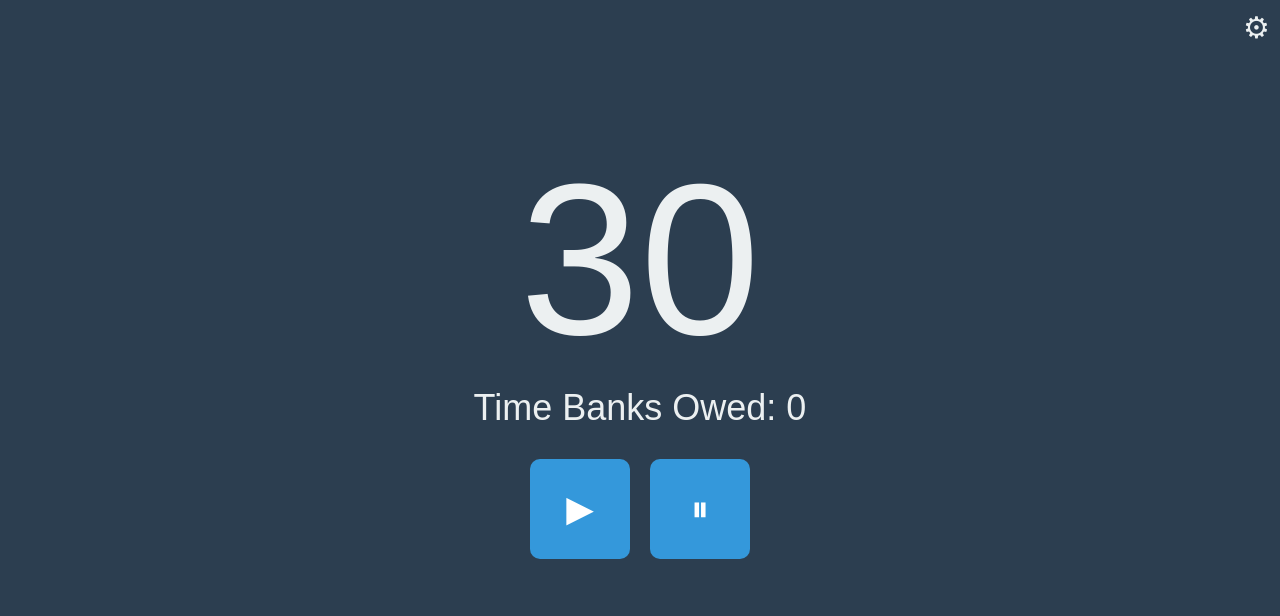
Repository: STnaidoo/poker-shot-clock
Page: index.html
An editor plug-in stored every save of this project. The page is shown before and after the next save, followed by the edit.
The browser window is 1280 px wide. The pictures show the whole page.

Above is the page before, as saved 2024-10-31 15:57:06.

After the next save:
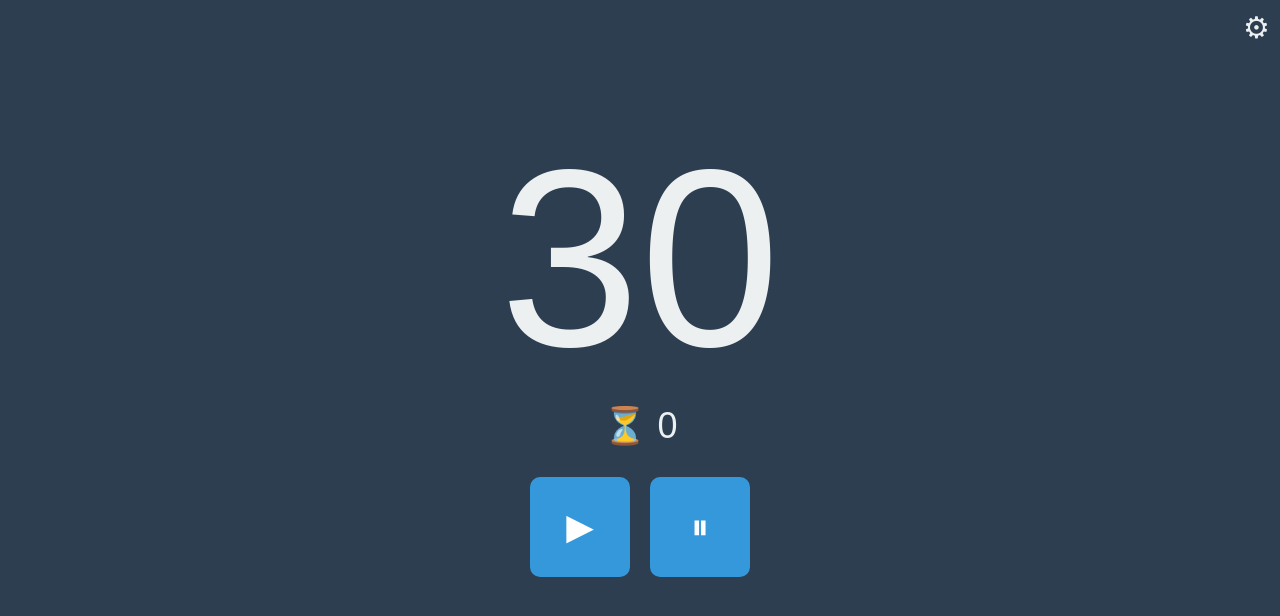
Saved 7 min 56 s later.
--- a/index.html
+++ b/index.html
@@ -27,16 +27,49 @@
             cursor: pointer;
         }
 
+        #timerContainer {
+            position: relative;
+            cursor: pointer;
+            user-select: none;
+        }
+
         #timer {
-            font-size: 30vh;
+            font-size: 35vh;
             line-height: 1;
-            cursor: pointer;
             margin: 0;
+            color: #ecf0f1;
+            transition: color 0.3s;
+        }
+
+        #restartHint {
+            position: absolute;
+            bottom: -40px;
+            left: 50%;
+            transform: translateX(-50%);
+            font-size: 3vh;
+            color: #bdc3c7;
+            display: none;
+        }
+
+        #timerContainer:hover #timer {
+            color: #f1c40f;
+        }
+
+        #timerContainer:hover #restartHint {
+            display: block;
         }
 
         #timeBanks {
             font-size: 5vh;
             margin-top: 20px;
+            display: flex;
+            align-items: center;
+            justify-content: center;
+        }
+
+        #timeBanksIcon {
+            font-size: 5vh;
+            margin-right: 10px;
         }
 
         #buttons {
@@ -69,8 +102,15 @@
 
     <div id="settingsIcon">⚙</div>
 
-    <div id="timer">30</div>
-    <div id="timeBanks">Time Banks Owed: 0</div>
+    <div id="timerContainer">
+        <div id="timer">30</div>
+        <div id="restartHint">Tap to Restart</div>
+    </div>
+
+    <div id="timeBanks">
+        <div id="timeBanksIcon">⏳</div>
+        <div id="timeBanksText">0</div>
+    </div>
 
     <div id="buttons">
         <button id="startButton" class="button">▶</button>
@@ -79,10 +119,12 @@
 
     <script>
         var timerDisplay = document.getElementById('timer');
-        var timeBanksDisplay = document.getElementById('timeBanks');
+        var timeBanksText = document.getElementById('timeBanksText');
         var startButton = document.getElementById('startButton');
         var pauseButton = document.getElementById('pauseButton');
         var settingsIcon = document.getElementById('settingsIcon');
+        var restartHint = document.getElementById('restartHint');
+        var timerContainer = document.getElementById('timerContainer');
 
         var timeLeft;
         var initialTime;
@@ -104,6 +146,7 @@
             if (!isRunning) {
                 timerId = setInterval(countdown, 1000);
                 isRunning = true;
+                restartHint.style.display = 'none';
             }
         });
 
@@ -117,7 +160,7 @@
             }
         });
 
-        timerDisplay.addEventListener('click', resetTimer);
+        timerContainer.addEventListener('click', resetTimer);
 
         settingsIcon.addEventListener('click', function() {
             window.location.href = 'settings.html';
@@ -126,7 +169,7 @@
         function countdown() {
             if (timeLeft <= 0) {
                 timeBanksOwed++;
-                timeBanksDisplay.textContent = 'Time Banks Owed: ' + timeBanksOwed;
+                updateTimeBanksDisplay();
                 playBeep();
                 timeLeft = initialTime;
                 timerDisplay.textContent = timeLeft;
@@ -196,6 +239,11 @@
             playRestartSound(); // Play restart sound
             isRunning = true;
             timerId = setInterval(countdown, 1000);
+            restartHint.style.display = 'none';
+        }
+
+        function updateTimeBanksDisplay() {
+            timeBanksText.textContent = timeBanksOwed;
         }
     </script>
 
